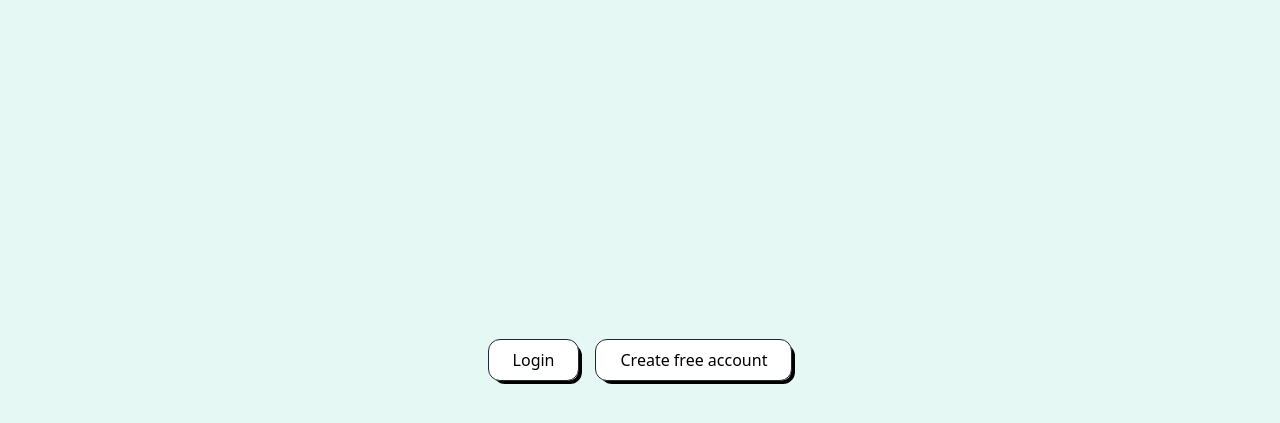
Repository: trusha97/postpilot
Page: button.html
These files come from the project's save history. The page is drawn as it stood at one moment and after the next save; the edit follows.
The browser window is 1280 px wide. The pictures show the whole page.
Some web libraries are served in a nearby version.

Above is the page before, as saved 2025-05-18 18:06:48.

After the next save:
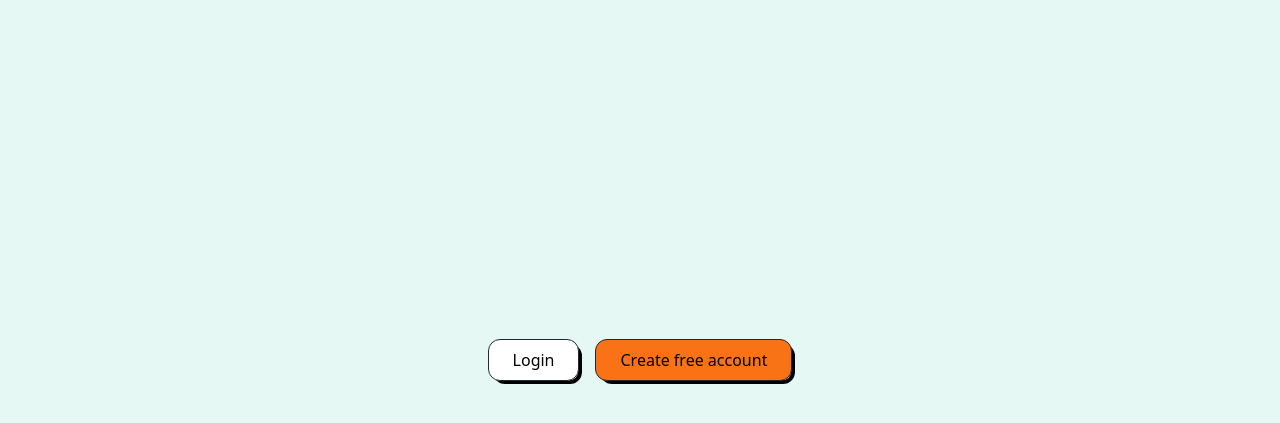
Saved 10 s later.
--- a/button.html
+++ b/button.html
@@ -16,7 +16,7 @@
       Login
     </button>
 
-    <button class="relative text-black font-medium border border-gray-800 bg-white px-6 py-2 rounded-xl">
+    <button class="relative text-black font-medium border border-gray-800 bg-orange-500 px-6 py-2 rounded-xl">
       <span class="absolute inset-0 rounded-xl border-4 border-black translate-x-1 translate-y-1 -z-10"></span>
       Create free account
     </button>
